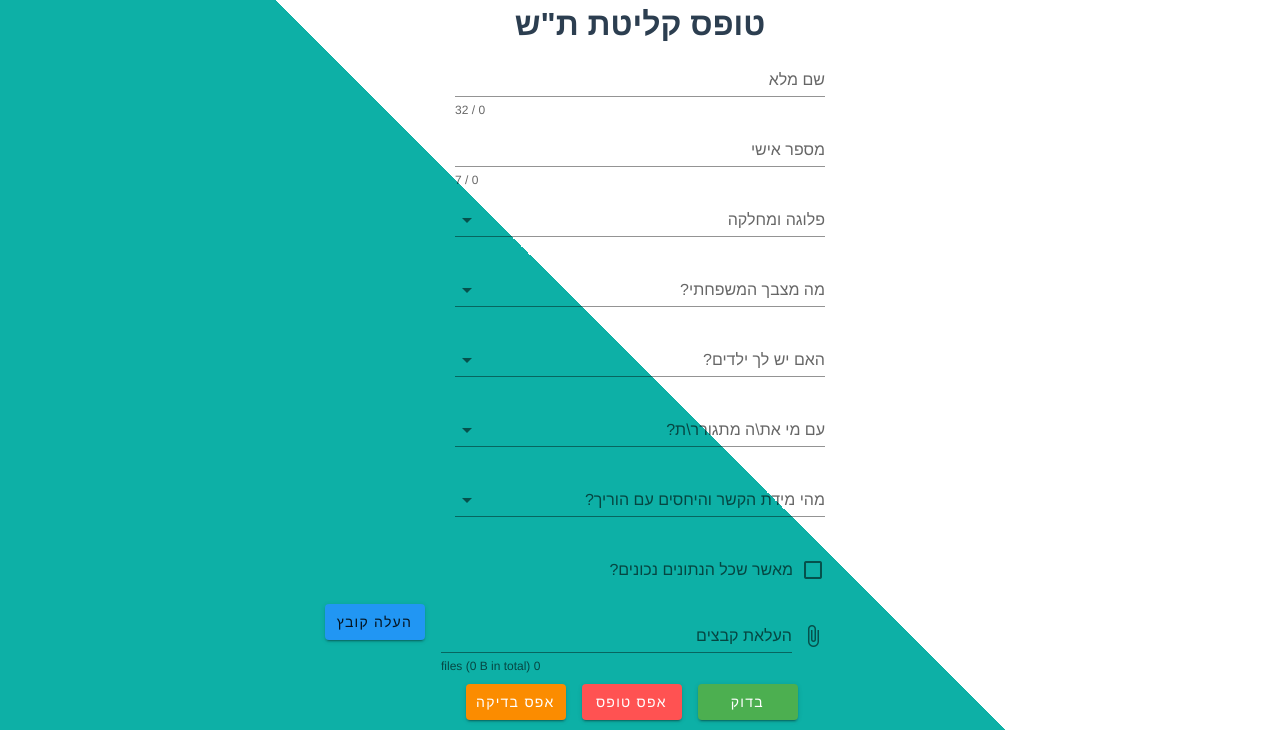
Repository: Natanhel/klitat-tash
Page: /
The author's editor kept a copy of each file at every save. The page is drawn from the files as they stood at one save, then again after the next save.
The browser window is 1280 px wide. The pictures show the whole page.
The page's requests for data from a server got no answer. The project was rebuilt for these pictures with package versions that can differ from the ones it lists, and the page was loaded fresh each time. No one was signed in, and anything a server would have sent is missing. Also part of the build but not shown: vue.config.js.

Above is the page before, as saved 2020-12-01 18:07:52.

### src/App.vue
<template>
  <div id="app">
    <v-app>

      <h1>טופס קליטת ת"ש</h1>

      <v-form
        ref="form"
        v-model="valid"
        lazy-validation
      >
        <v-text-field
          v-model="name"
          :counter="32"
          :rules="nameRules"
          label="שם מלא"
          required
        ></v-text-field>

        <v-text-field
          v-model="pernr"
          :counter="7"
          :rules="pernrRules"
          label="מספר אישי"
          required
        ></v-text-field>

        <v-select
          v-model="select"
          :items="items"
          :rules="[v => !!v || 'נדרש להזין פלוגה ומחלקה']"
          label="פלוגה ומחלקה"
          required
        ></v-select>

        <v-select
          v-model="select"
          :items="familyItems"
          :rules="[v => !!v || 'נדרש להזין מצב משפחתי']"
          label="מה מצבך המשפחתי?"
          required
        ></v-select>

        <v-select
          v-model="select"
          :items="haveKidsItems"
          :rules="[v => !!v || 'נדרש להזין']"
          label="האם יש לך ילדים?"
          required
        ></v-select>

        <v-select
          v-model="select"
          :items="livingWithItems"
          :rules="[v => !!v || 'נדרש להזין']"
          label="עם מי את\ה מתגורר\ת?"
          required
        ></v-select>

        <v-select
          v-model="select"
          :items="parentsStatusItems"
          :rules="[v => !!v || 'נדרש להזין']"
          label="מהי מידת הקשר והיחסים עם הוריך?"
          required
        ></v-select>

        <v-checkbox
          v-model="checkbox"
          :rules="[v => !!v || 'עליך לאשר על מנת להמשיך!']"
          label="מאשר שכל הנתונים נכונים?"
          required
        ></v-checkbox>

      <div class="upload">

        <v-file-input v-model="files" show-size counter  chips label="העלאת קבצים"></v-file-input>

        <v-btn
          color="blue"
          class="mr-4"
          @click="uploadFile"
        >
          העלה קובץ
        </v-btn>
      </div>
      <div class="btn-group">
        <v-btn
          :disabled="!valid"
          color="success"
          class="mr-4"
          @click="validate"
        >
          בדוק
        </v-btn>

        <v-btn
          color="error"
          class="mr-4"
          @click="reset"
        >
          אפס טופס
        </v-btn>

        <v-btn
          color="warning"
          class="mr-4"
          @click="resetValidation"
        >
          אפס בדיקה
        </v-btn>
      </div>

      </v-form>
    </v-app>
  </div>
</template>

<script>
import axios from 'axios';

export default {
  name: 'App',
  mounted(){
    // login
    const data = JSON.stringify({"password":"passward","email":"natanhelp@gmail.com"});

    const config = {
      method: 'post',
      url: 'https://nat-task-manager.herokuapp.com/users/login',
      headers: {
        'Content-Type': 'application/json'
      },
      data : data
    };

    axios(config)
      .then((response) => {
        this.userToken = response.data.token
      })
      .catch((error) => {
        console.log(error);
      })
  },

  data: () => ({
    userToken: '',
    files: null,
    valid: true,
    name: '',
    nameRules: [
      v => !!v || 'נדרש להזין שם',
      v => !(v && v.length <= 4) || 'על השם להיות ארוך מ-4 תווים',
    ],
    pernr: '',
    pernrRules: [
      v => !!v || 'נדרש להזין מספר אישי',
      v => !(v.length !== 7) || 'על המספר להיות בדיוק 7 תווים'
    ],
    select: null,
    items: [
      'ו1',
      'ו2',
      'ו3',
      'ו4',
      'ו5',
    ],
    familyItems: [
      'רווק/ה',
      'נשוי/ה',
      'גרוש/ה'
    ],
    haveKidsItems: [
      'כן', 'לא'
    ],
    livingWithItems: [
      'מתוגרר/ת עם ההורים (אחד מהם לפחות)',
      'איני מתגורר/ת עם ההורים'
    ],
    parentsRelationsItems: [
      'בקשר עם שניהם ויחסים תקינים',
      'בקשר וביחסיפ תקינים (רק עם אחד מהם)',
      'בקשר עם שניהם/אחד מהם ומערכת יחסים רעועה',
      'לא בקשר בכלל'
    ],
    parentsStatusItems: [
      'נשואים',
      'גרושים',
      'פרודים',
      'אלמנ/ה',
      'רווק/ה'
    ],
    checkbox: false,
  }),
  methods: {
    validate () {
      this.$refs.form.validate()
    },
    reset () {
      this.$refs.form.reset()
    },
    resetValidation () {
      this.$refs.form.resetValidation()
    },
    async uploadFile() {
      var FormData = require('form-data');
      var data = new FormData();
      const buffer = await this.files.arrayBuffer()

      data.append('avatar', buffer)

      var config = {
        method: 'post',
        url: 'https://nat-task-manager.herokuapp.com/users/me/avatar',
        headers: {
          'Authorization': 'Bearer ' + this.userToken,
          ...data
        },
        data : data
      }

      axios(config)
      .then(function (response) {
        console.log(JSON.stringify(response.data));
      })
      .catch(function (error) {
        console.log(error);
      })
    }
  },
}
</script>

<style>
#app {
  font-family: Avenir, Helvetica, Arial, sans-serif;
  -webkit-font-smoothing: antialiased;
  -moz-osx-font-smoothing: grayscale;
  text-align: center;
  color: #2c3e50;
  margin-top: 60px;
}

form
{
  width: 370px;
}

#app
{
  padding: 0; margin: 0;
  display: flex;
  align-items: center;
  justify-content: center;
  background-color: transparent;
}

.v-btn
{
  width: 100px;
}

.btn-group{
  width: 100%;
  padding: 10px;
}

.upload
{
  display: flex;
  flex-direction: row;
  width: 500px;
}
html
{
  background: rgb(13,176,166);
background: linear-gradient(45deg, rgba(13,176,166,1) 50%, rgba(255,255,255,1) 50%);
}
</style>

### src/plugins/vuetify.js
import Vue from 'vue';
import Vuetify from 'vuetify/lib';

Vue.use(Vuetify);

export default new Vuetify({
    rtl: true,
});

Loaded but not shown: public/index.html (common file); src/main.js (common file)

After the next save:
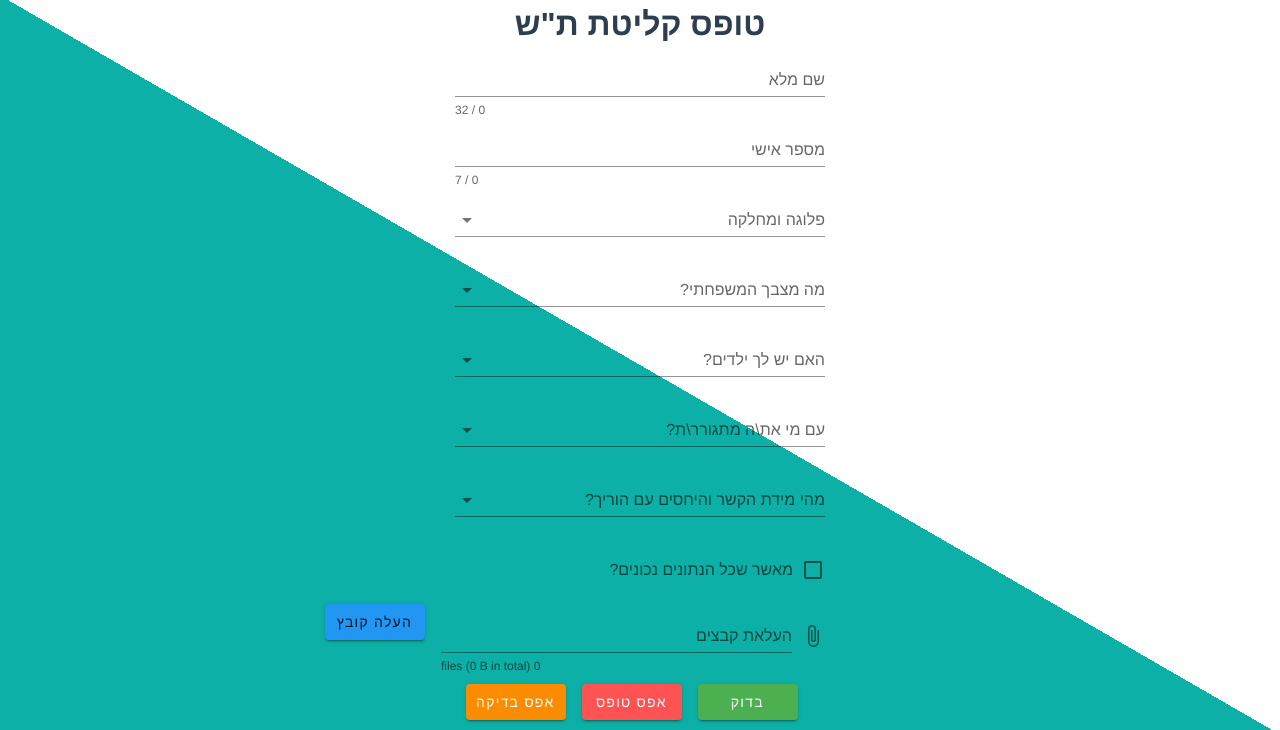
Saved 15 s later.
--- a/src/App.vue
+++ b/src/App.vue
@@ -274,6 +274,6 @@ form
 html
 {
   background: rgb(13,176,166);
-background: linear-gradient(45deg, rgba(13,176,166,1) 50%, rgba(255,255,255,1) 50%);
+background: linear-gradient(30deg, rgba(13,176,166,1) 50%, rgba(255,255,255,1) 50%);
 }
 </style>
